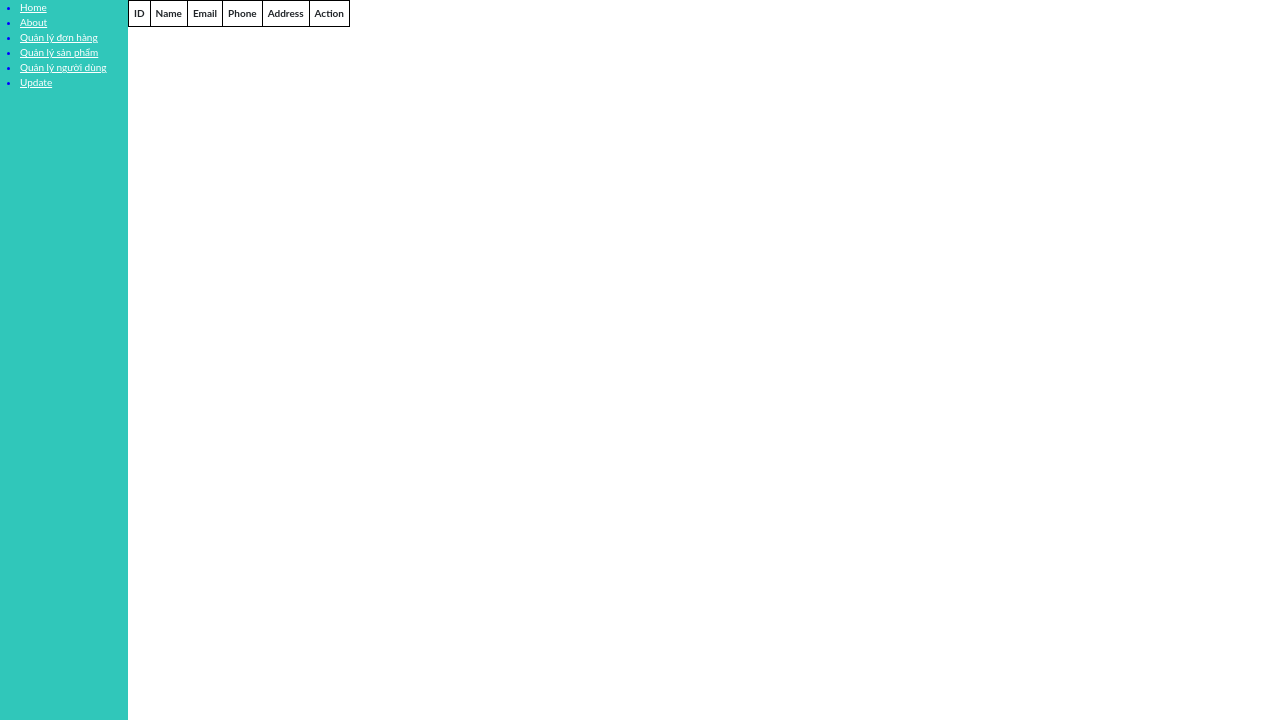
Repository: Hothidani/React
Page: /User (app in exa/my-react-router-A/)
These files come from the project's save history. The page is drawn as it stood at one moment and after the next save; the edit follows.
The browser window is 1280 px wide. The pictures show the whole page.
The page's requests for data from a server got no answer. The project was rebuilt for these pictures with package versions that can differ from the ones it lists, and the page was loaded fresh each time. No one was signed in, and anything a server would have sent is missing. Also part of the build but not shown: exa/my-react-router-A/src/component/Navigation.js, exa/my-react-router-A/src/component/Home.js, exa/my-react-router-A/src/component/About.js, exa/my-react-router-A/src/component/Service.js, exa/my-react-router-A/src/component/Contact.js, exa/my-react-router-A/src/component/AllProduct.js, exa/my-react-router-A/src/component/Add.js, exa/my-react-router-A/src/component/QlOder.js.

Above is the page before, as saved 2021-05-11 17:27:41.

After the next save:
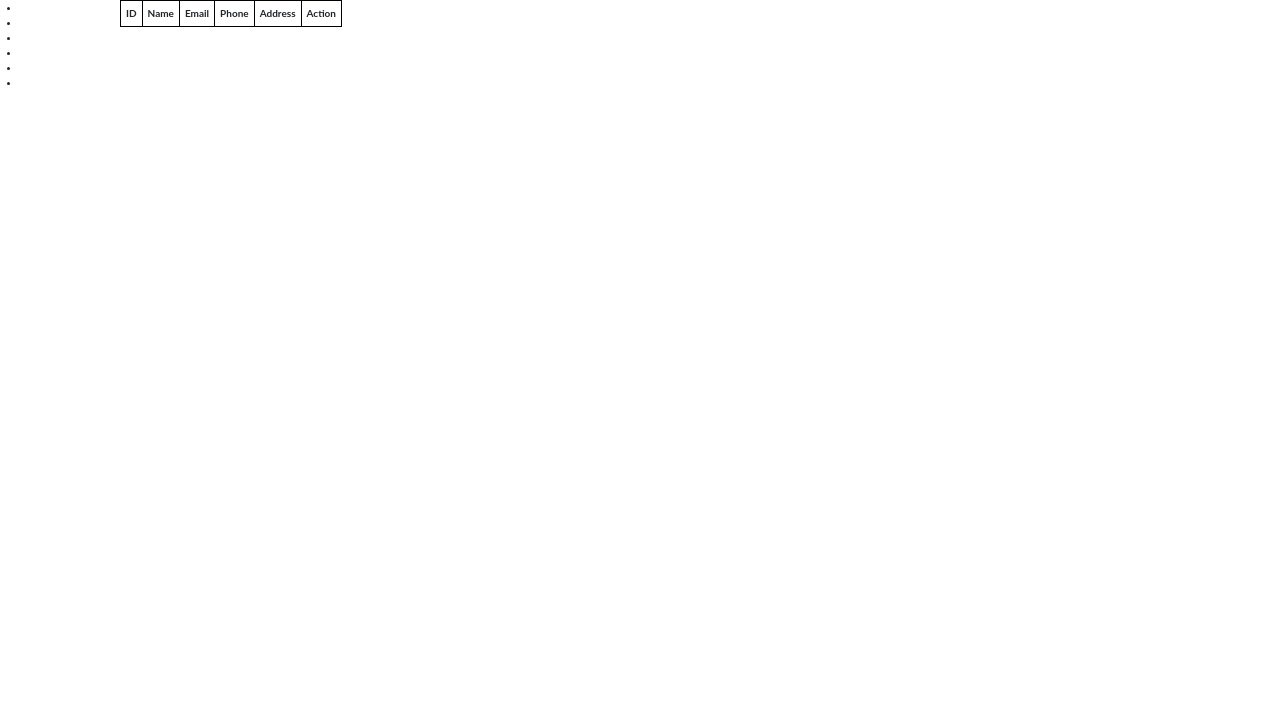
Saved 6 min 56 s later.
--- a/exa/my-react-router-A/src/App.js
+++ b/exa/my-react-router-A/src/App.js
@@ -13,7 +13,7 @@ class App extends Component {
       <Router>
 {/* className="d-inline" */}
         <div className="a">
-          <div className="nav" >
+          <div className="nav-a" >
           <nav>
             <ul>
               <li ><Link to="/" style={colorWord}>Home</Link></li>
@@ -26,7 +26,7 @@ class App extends Component {
           </nav>
 
           </div>
-          <div  >
+          <div className="nav-b" >
               <Switch>
                 {this.showContentMenu(Routers)}
             </Switch>

After the save that followed:
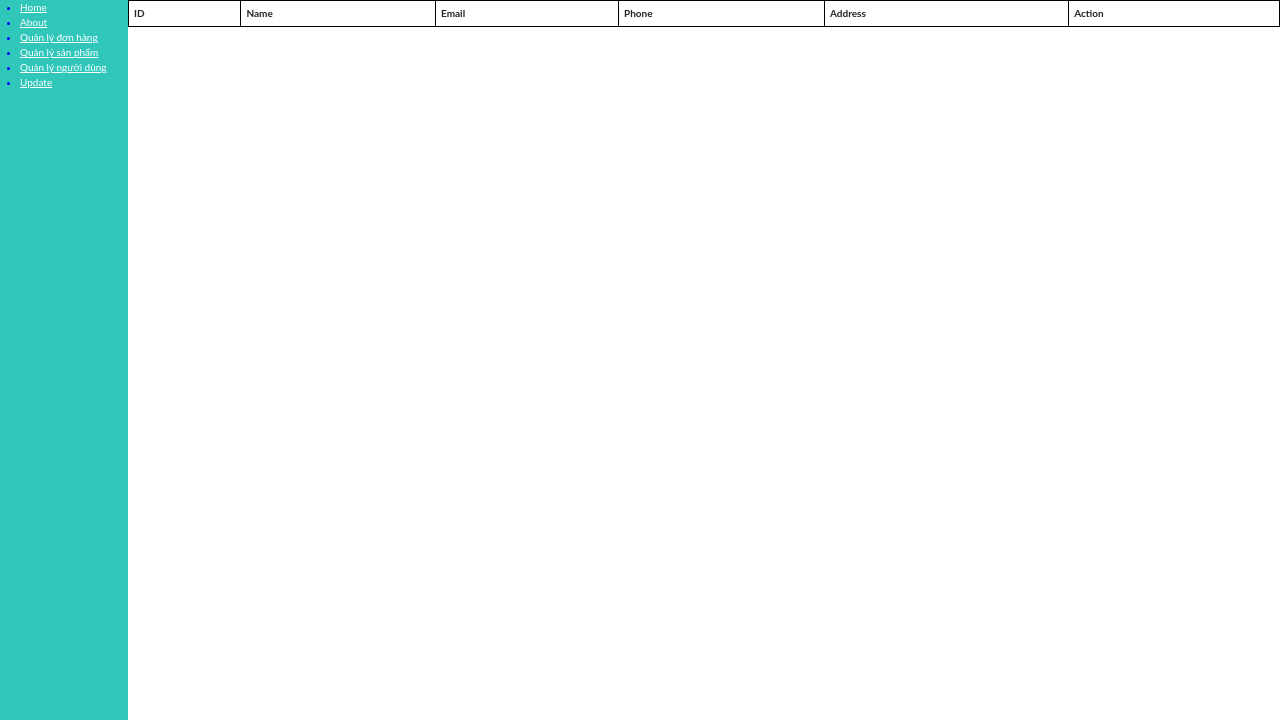
Saved 36 s later.
--- a/exa/my-react-router-A/src/App.css
+++ b/exa/my-react-router-A/src/App.css
@@ -2,7 +2,7 @@
   text-align: center;
 }
 
-.nav{
+.nav-a{
   /* display: flex;
   justify-content: space-around; */
   /* align-items: center; */
@@ -14,6 +14,9 @@
 }
 li{
   width: 100px;
+}
+.nav-b{
+  width: 90%;
 }
 /*
 .nav-link{
